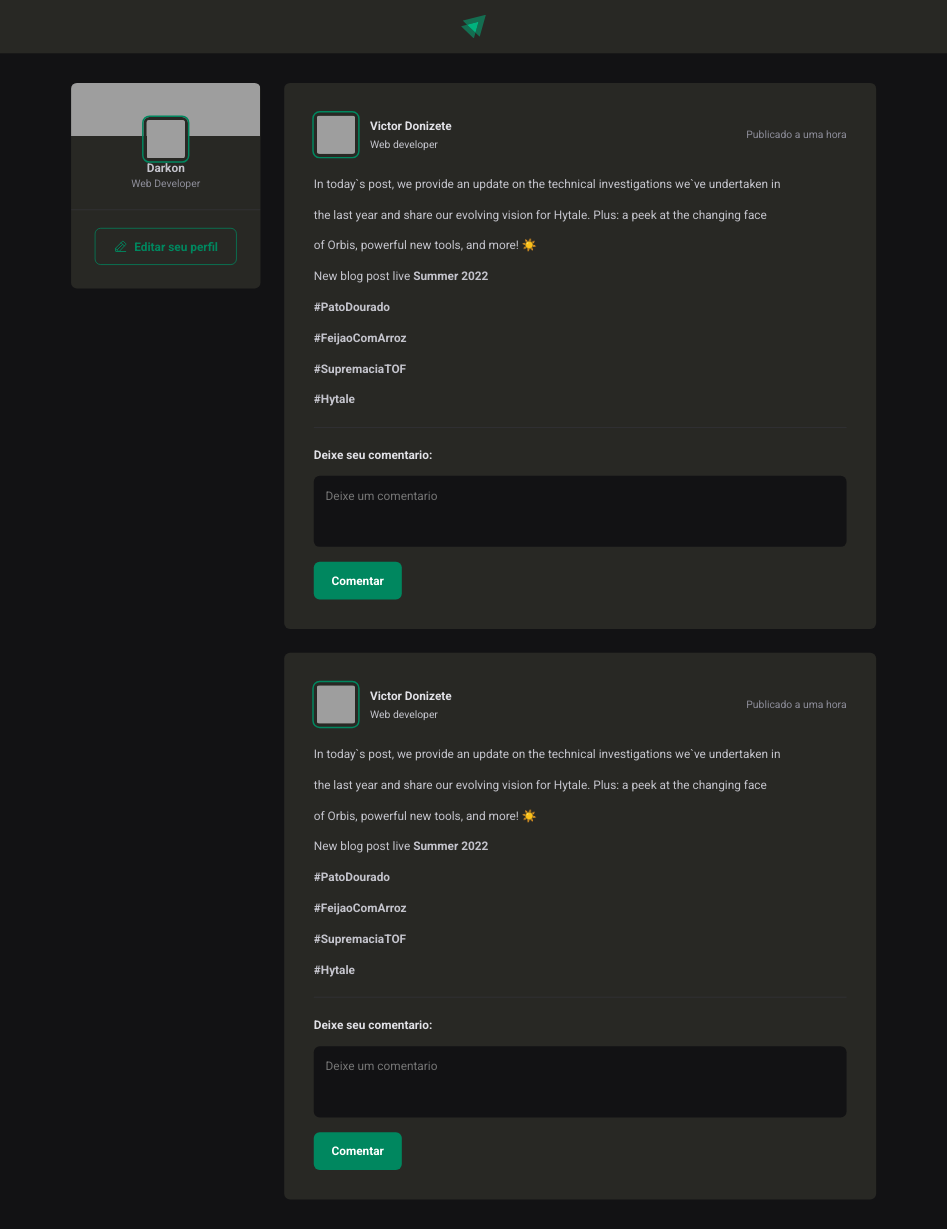
Repository: viviij/PseudoRedeSocial
Page: /
An editor plug-in stored every save of this project. The page is shown before and after the next save, followed by the edit.
The browser window is 1280 px wide. The pictures show the whole page, at 74% of full size.
Pictures or frames that could not be fetched are drawn as grey boxes. The project was rebuilt for these pictures with package versions that can differ from the ones it lists, and the page was loaded fresh each time. Also part of the build but not shown: vite.config.js.

Above is the page before, as saved 2022-08-02 12:36:11.

### index.html
<!DOCTYPE html>
<html lang="en">
  <head>
    <meta charset="UTF-8" />
    <link rel="preconnect" href="https://fonts.googleapis.com">
    <link rel="preconnect" href="https://fonts.gstatic.com" crossorigin>
    <link rel="icon" type="image/svg+xml" href="/vite.svg" />
    <meta name="viewport" content="width=device-width, initial-scale=1.0" />
    <link href="https://fonts.googleapis.com/css2?family=Roboto:wght@400;700&display=swap" rel="stylesheet">
    <title>RedeSocial</title>
  </head>
  <body>
    <div id="root"></div>
    <script type="module" src="/src/main.jsx"></script>
  </body>
</html>

### src/App.jsx
import { Header } from "./components/header";
import { Sidebar } from "./components/Sidebar"
import { Post } from "./components/Post"

import styles from "./App.module.css"
import "./global.css"
export function App() {
  return (
    <div>
      <Header />

      <div className={styles.wrapper}>
        <Sidebar />
        <main>
          <Post
            author="Victor Donizete"
            content="Texto generico criado apenas para simular uma postagem"
          />
          <Post
            author="Fernanda Medeiros"
            content="Texto generico criado apenas para simular uma postagem"
          />
        </main>
      </div>
    </div>
  )
}

### src/components/header.jsx
import styles from "./Header.module.css"

import IgniteLogo from '../assets/IgniteLogo.svg'

export function Header() {
  return (
    <header className={styles.header}>
      <img src={IgniteLogo} alt="Logo da ignite" />
    </header>
  )
}

### src/components/Sidebar.jsx
import styles from "./Sidebar.module.css"
import { PencilLine } from "phosphor-react"

export function Sidebar() {
  return (
    <aside className={styles.sidebar}>
      <img
        className={styles.cover}
        src="https://images.unsplash.com/photo-1659095579647-7c1bbc73b36f?ixlib=rb-1.2.1&ixid=MnwxMjA3fDB8MHxlZGl0b3JpYWwtZmVlZHw1fHx8ZW58MHx8fHw%3D&auto=format&fit=crop&w=500&q=10" alt="plano de fundo"
      />

      <div className={styles.profile}>
        <img
          className={styles.avatar}
          src="https://github.com/viviij.png" alt="Foto de perfil" />

        <strong>Darkon</strong>
        <span>Web Developer</span>
      </div>

      <footer>
        <a
          href="#">
          <PencilLine
            size={20}
          />
          Editar seu perfil
        </a>
      </footer>
    </aside>
  )
}

### src/components/Post.jsx
import styles from "./Post.module.css"

export function Post() {
  return (
    <article className={styles.post}>
      <header>
        <div className={styles.author}>
          <img className={styles.avatar} src="https://github.com/viviij.png" alt="Foto do perfil" />
          <div className={styles.authorInfo}>
            <strong>Victor Donizete</strong>
            <span>Web developer</span>
          </div>
        </div>
        <time title="1 de agosto as 00:13h" dateTime="2022-05-11 00:13:46">Publicado a uma hora</time>
      </header>

      <div className={styles.content}>
        <p> In today`s post, we provide an update on the technical investigations we`ve undertaken in</p> <p> the last year and share our evolving vision for Hytale. Plus: a peek at the changing face </p>
        <p> of Orbis, powerful new tools, and more! ☀️ </p>
        <p>New blog post live <a href="https://hytale.com/news/2022/7/summer-2022-development-update">Summer 2022</a></p>

        <p><a href="#">#PatoDourado</a></p>{' '}
        <p><a href="#">#FeijaoComArroz</a></p>{' '}
        <p><a href="#">#SupremaciaTOF</a></p>{' '}
        <p><a href="#">#Hytale</a></p>
      </div>

      <form className={styles.commentForm}>
        <strong>Deixe seu comentario: </strong>

        <textarea
          placeholder="Deixe um comentario"
        />

        <button type="submit">Comentar</button>
      </form>
    </article>
  )
}

### src/App.module.css
.wrapper {
  max-width: 70rem;
  margin: 2rem auto;
  padding: 0.5rem 1rem;

  display: grid;
  grid-template-columns: 256px 1fr;
  gap: 2rem;
  align-items: flex-start;

}

### src/global.css
:root {
  --white: #ffffff;

  --gray-100: #e1e1e6;
  --gray-300: #c4c4cc;
  --gray-400: #8d8d99;
  --gray-600: #323238;
  --gray-700: #29292e;
  --gray-800: #282824;
  --gray-900: #121214;

  --green-300: #00B37E;
  --green-500: #00875f;
}

:focus {
  outline: transparent;
  box-shadow: 0 0 0 2px var(--green-500)
}

* {
  margin: 0;
  padding: 0;
  box-sizing: border-box;
}

body {
  background: var(--gray-900);
  color: var(--gray-300);
  -webkit-font-smoothing: antialiased;
}

body,
input,
textarea,
button {
  font-family: 'Roboto', sans-serif;
  font-weight: 400;
  font-size: 1rem;
}

### src/components/Sidebar.module.css
.sidebar {
  background: var(--gray-800);
  border-radius: 8px;
  overflow: hidden;
}

.cover {
  width: 100%;
  height: 72px;
  object-fit: cover;
}

.profile {
  display: flex;
  flex-direction: column;
  align-items: center;

  margin-top: calc(0px - 1.5rem - 6px);
}

.avatar {
  width: calc(3rem + 12px);
  height: calc(3rem + 12px);
  border-radius: 8px;
  border: 4px solid var(--gray-800);
  outline: 2px solid var(--green-500);
}

.prfile strong {
  margin: 1rem;
  color: var(--gray-100);
  line-height: 1.6;
}

.profile span {
  font-size: 0.875rem;
  color: var(--gray-400);
  line-height: 1.6;
}

.sidebar footer {
  border-top: 1px solid var(--gray-600);
  margin-top: 1.5rem;
  padding: 1.5rem 2rem 2rem;
}

.sidebar footer a {
  width: 100%;
  background: transparent;
  color: var(--green-500);
  border: 1px solid var(--green-500);
  border-radius: 8px;
  height: 50px;
  padding: 0 1.5rem;
  font-weight: bold;
  display: block;
  text-decoration: none;

  display: flex;
  align-items: center;
  justify-content: center;

  gap: 0.5rem;

  transition: color 0.5s, background-color 0.5s;
}

.sidebar footer a:hover {
  background: var(--green-500);
  color: var(--white)
}

### src/components/Post.module.css
.post {
  background: var(--gray-800);
  border-radius: 8px;
  padding: 2.5rem;
}

.post+.post {
  margin-top: 2rem;
}

.content {
  line-height: 1.6;
  color: var(--gray-300);
  margin-top: 1.5rem;
}

.content p {
  margin-top: 1rem;
}

.content a {
  font-weight: bold;
  color: var(--gray-500);
  text-decoration: none;
}

.content a:hover {
  color: var(--green-300);
}

.post>header {
  display: flex;
  align-items: center;
  justify-content: space-between;
}

.post>header time {
  font-size: 0.875rem;
  color: var(--gray-400);
}

.author {
  display: flex;
  align-items: center;
  gap: 1rem;
}

.author img {
  width: calc(3rem + 12px);
  height: calc(3rem + 12px);
  border-radius: 8px;
  border: 4px solid var(--gray-800);
  outline: 2px solid var(--green-500);
}

.authorInfo strong {
  display: block;
  color: var(--gray-100);
  line-height: 1.6;
}

.authorInfo span {
  display: block;
  font-size: 0.875rem;
  color: var(--grey-400);
  line-height: 1.6;
}

.commentForm {
  width: 100%;
  margin-top: 1.5rem;
  padding-top: 1.5rem;
  border-top: 1px solid var(--gray-600);
}

.commentForm>strong {
  line-height: 1.6;
  color: var(--gray-100);
}

.commentForm textarea {
  width: 100%;
  background: var(--gray-900);
  border: 0;
  resize: none;
  height: 6rem;
  padding: 1rem;
  border-radius: 8px;
  color: var(--gray-100);
  line-height: 1.4;
  margin-top: 1rem;
}

.commentForm button[type=submit] {
  padding: 1rem 1.5rem;
  margin-top: 1rem;
  border-radius: 8px;
  border: 0;
  background: var(--green-500);
  color: var(--white);
  font-weight: bold;
  cursor: pointer;

  transition: background-color 0.5s;
}

.commentForm button[type=submit]:hover {
  background: var(--green-300);
}

Loaded but not shown: src/main.jsx (common file); src/components/Header.module.css (common file)

After the next save:
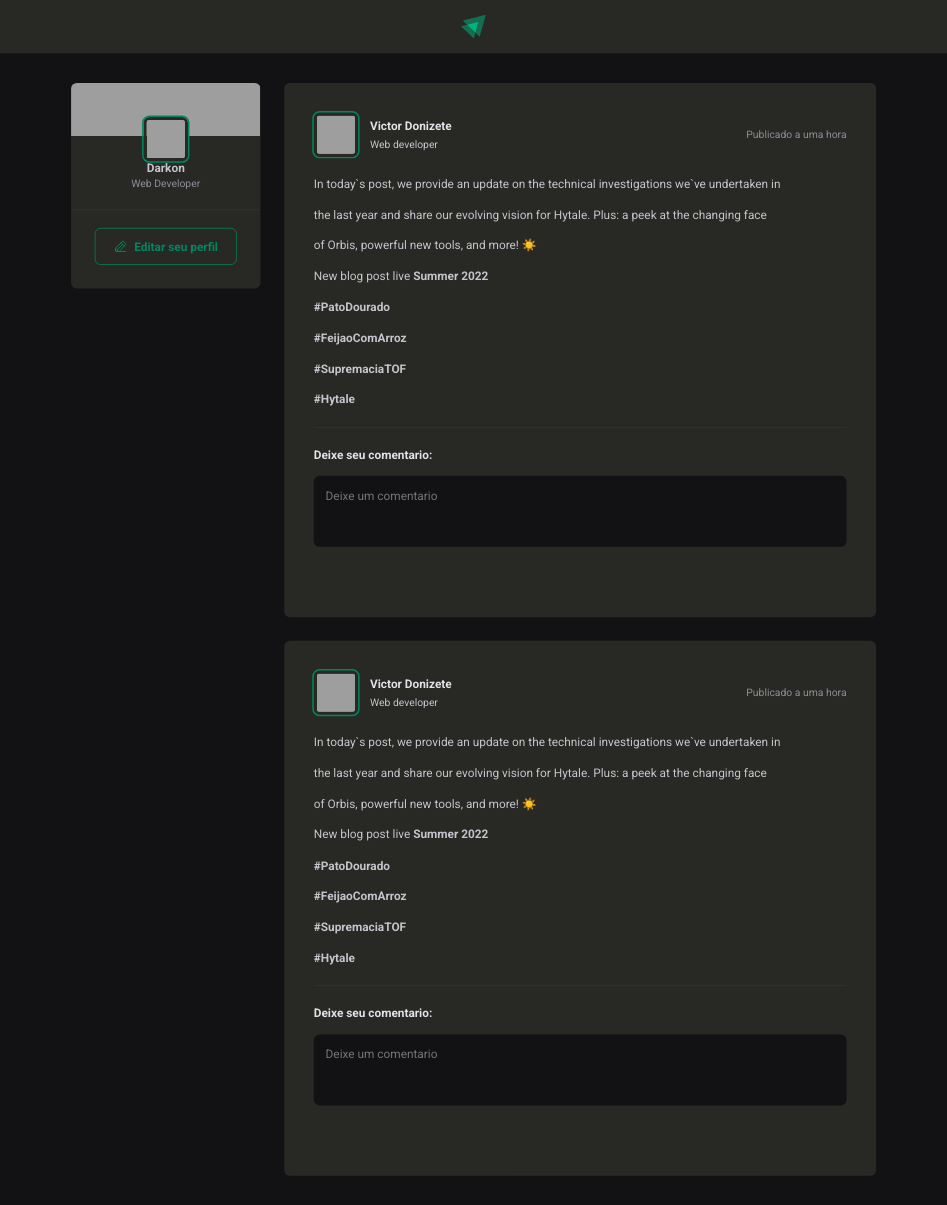
Saved 11 min 0 s later.
--- a/src/components/Post.module.css
+++ b/src/components/Post.module.css
@@ -91,6 +91,16 @@
   margin-top: 1rem;
 }
 
+.commentForm footer {
+  visibility: hidden;
+  max-height: 0;
+}
+
+.commentForm:focus-within footer {
+  visibility: visible;
+  max-height: none;
+}
+
 .commentForm button[type=submit] {
   padding: 1rem 1.5rem;
   margin-top: 1rem;
@@ -101,6 +111,9 @@
   font-weight: bold;
   cursor: pointer;
 
+  visibility: hidden;
+  max-height: 0;
+
   transition: background-color 0.5s;
 }
 

After the save that followed:
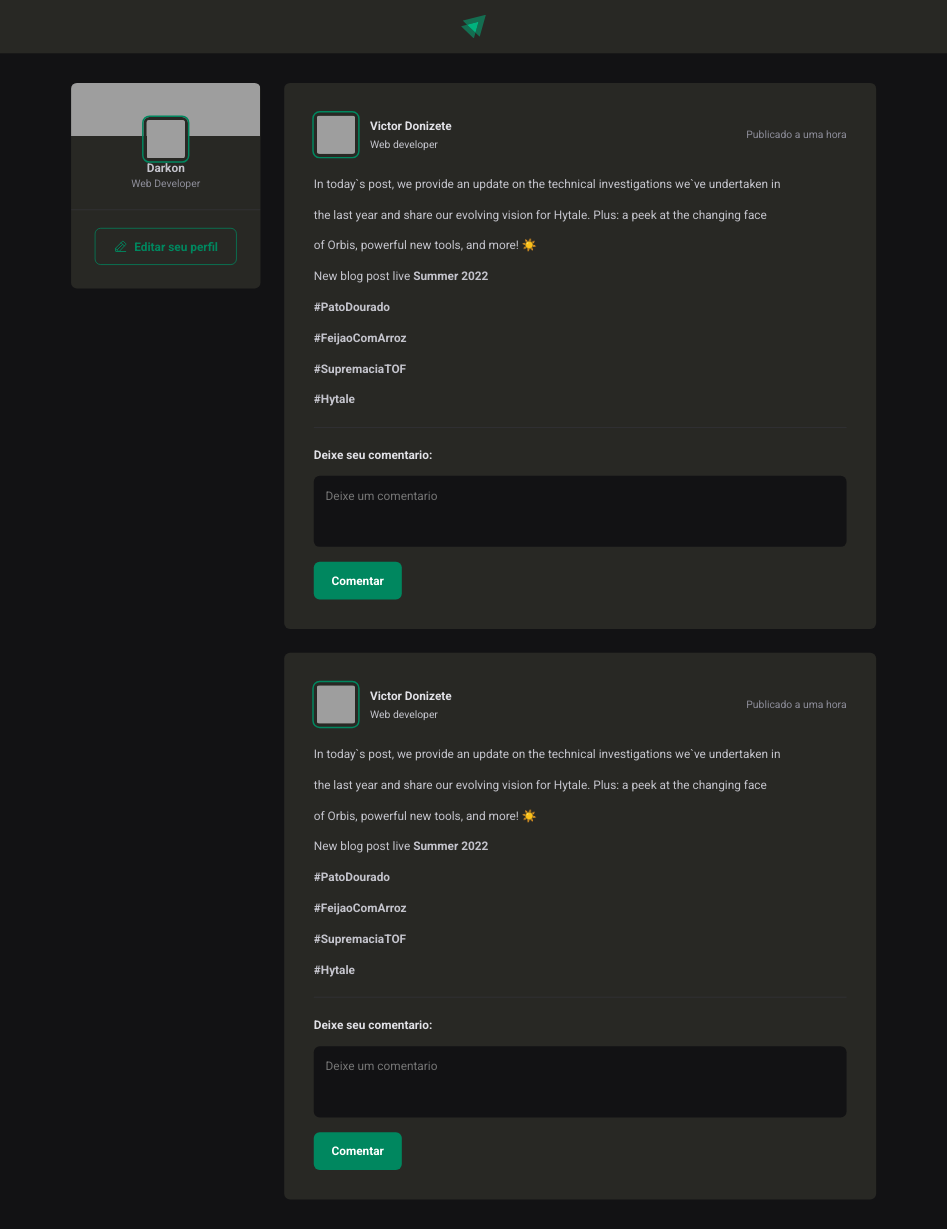
Saved 77 s later.
--- a/src/components/Post.module.css
+++ b/src/components/Post.module.css
@@ -111,9 +111,6 @@
   font-weight: bold;
   cursor: pointer;
 
-  visibility: hidden;
-  max-height: 0;
-
   transition: background-color 0.5s;
 }
 
